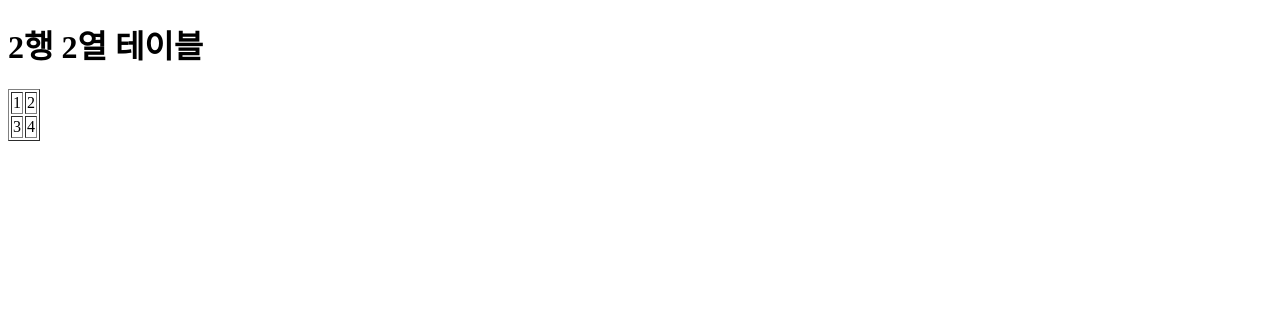
Repository: seula123/Front-End
Page: ClientTest/src/main/webapp/html/ex15_table.html
The author's editor kept a copy of each file at every save. The page is drawn from the files as they stood at one save, then again after the next save.
The browser window is 1280 px wide. The pictures show the whole page.

Above is the page before, as saved 2023-09-21 00:17:51.

After the next save:
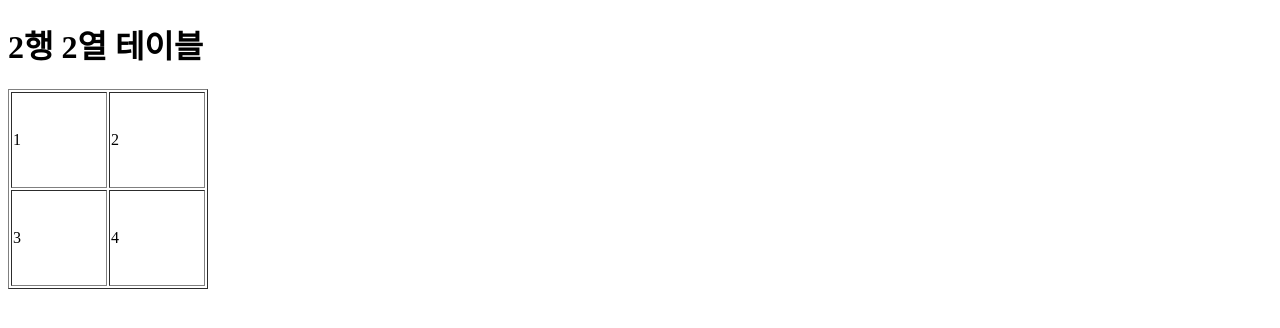
Saved 53 s later.
--- a/ClientTest/src/main/webapp/html/ex15_table.html
+++ b/ClientTest/src/main/webapp/html/ex15_table.html
@@ -36,7 +36,7 @@
 
 	<h1> 2행 2열 테이블</h1>
 
-	<table border = "1">
+	<table border = "1" width = "200" height="200">
 		<tr>
 			<td>1</td>
 			<td>2</td>
